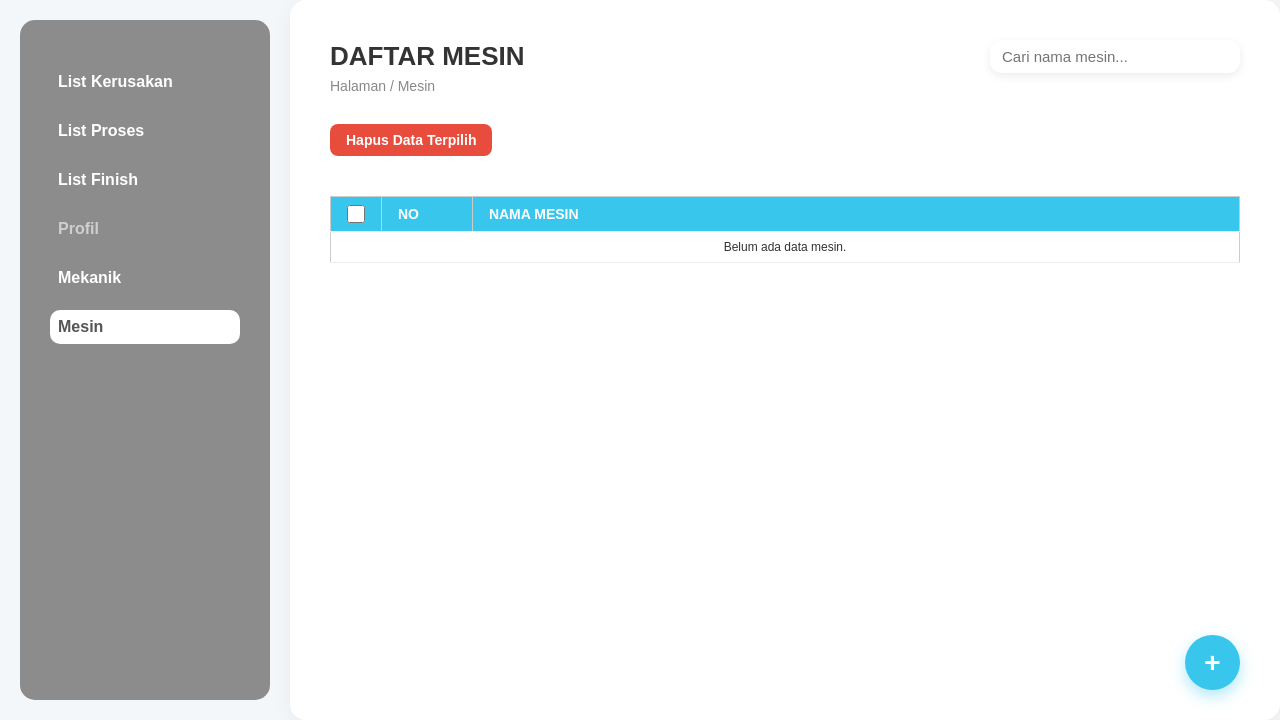
Repository: 1rHub/maintenance
Page: http://localhost/mesin.php
The author's editor kept a copy of each file at every save. The page is drawn from the files as they stood at one save, then again after the next save.
The browser window is 1280 px wide. The pictures show the whole page.
The page is run by PHP 8.4 with error messages shown; the project is at /var/www/html/. Queries for data that is not in the repository find no rows.

Above is the page before, as saved 2025-10-28 16:00:34.

After the next save:
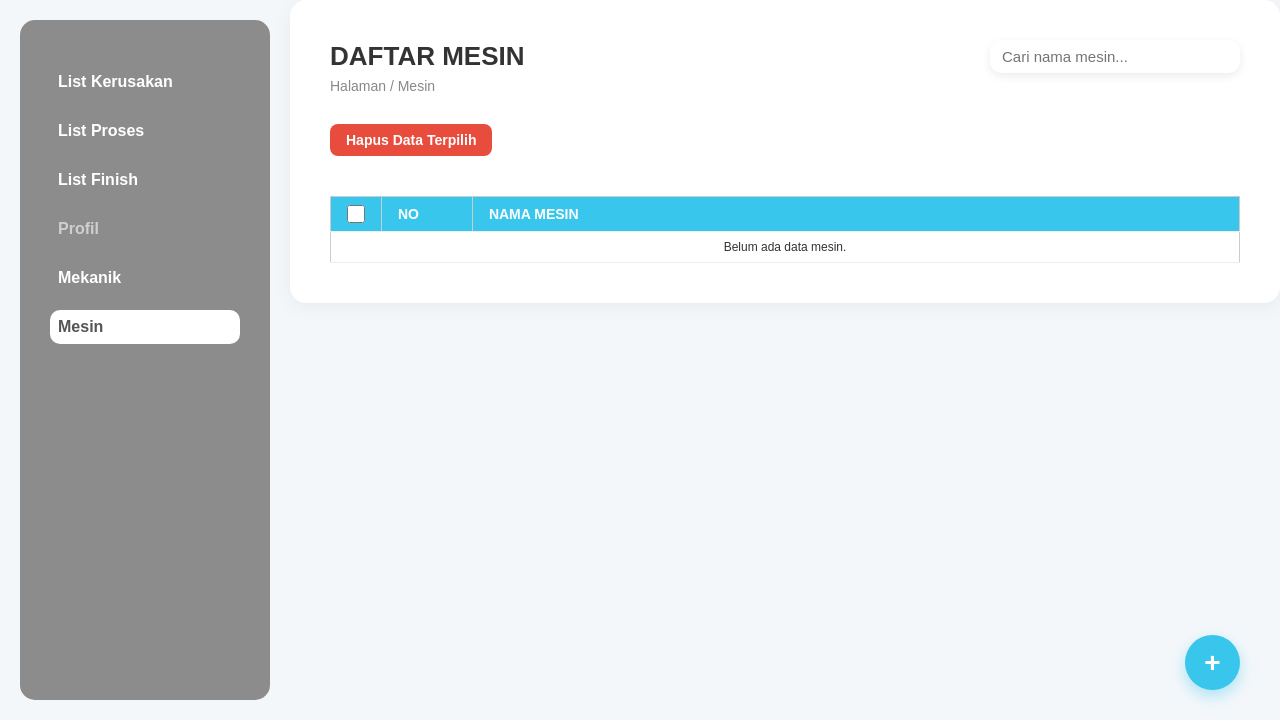
Saved 14 min 53 s later.
--- a/mesin.php
+++ b/mesin.php
@@ -40,7 +40,9 @@ $mesin_list = mysqli_fetch_all($result, MYSQLI_ASSOC);
 
         /* === mesin.php === */
         .main-container {
-        flex: 1;
+        flex-grow: 1;
+    height: auto;
+    align-self: flex-start;
 	margin-left: 0px;
 	padding: 40px;
 	background: #fff;
